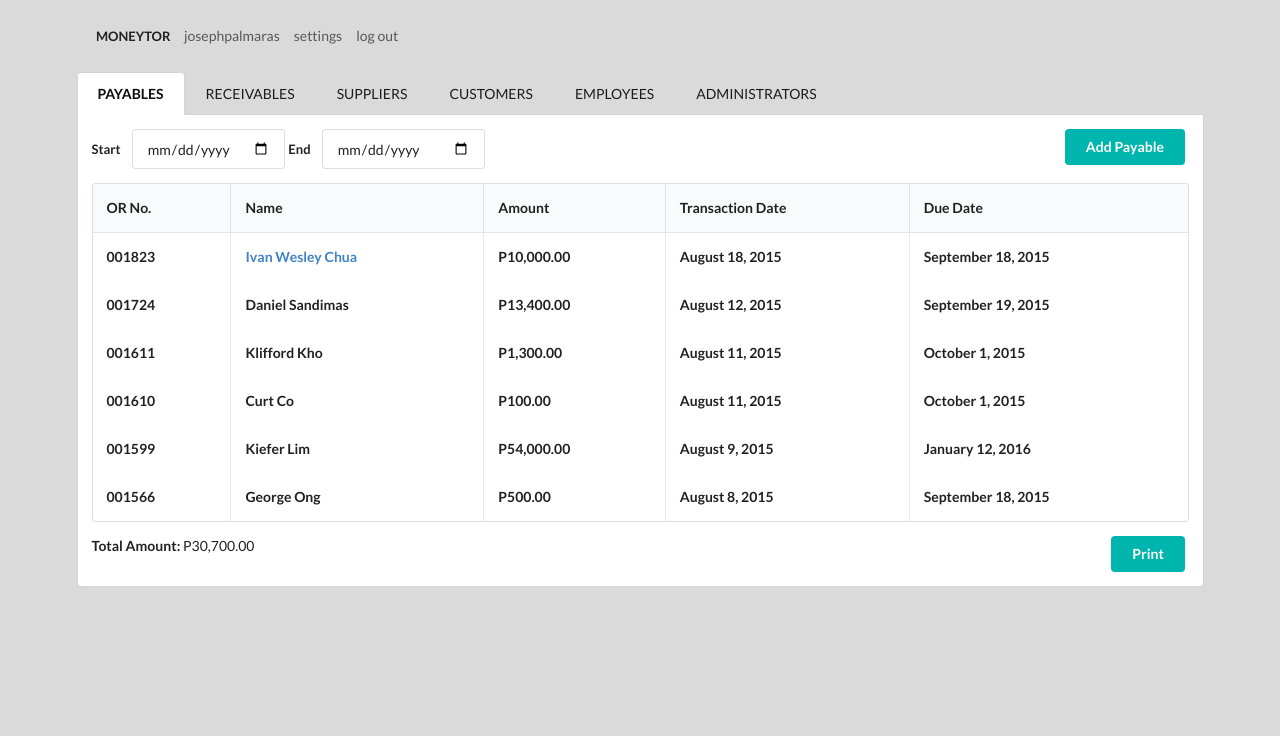
Repository: TV5/MoneyTor
Page: Workspace/MoneyTor/war/main.html
These files come from the project's save history. The page is drawn as it stood at one moment and after the next save; the edit follows.
The browser window is 1280 px wide. The pictures show the whole page.

Above is the page before, as saved 2015-08-18 15:57:23.

After the next save:
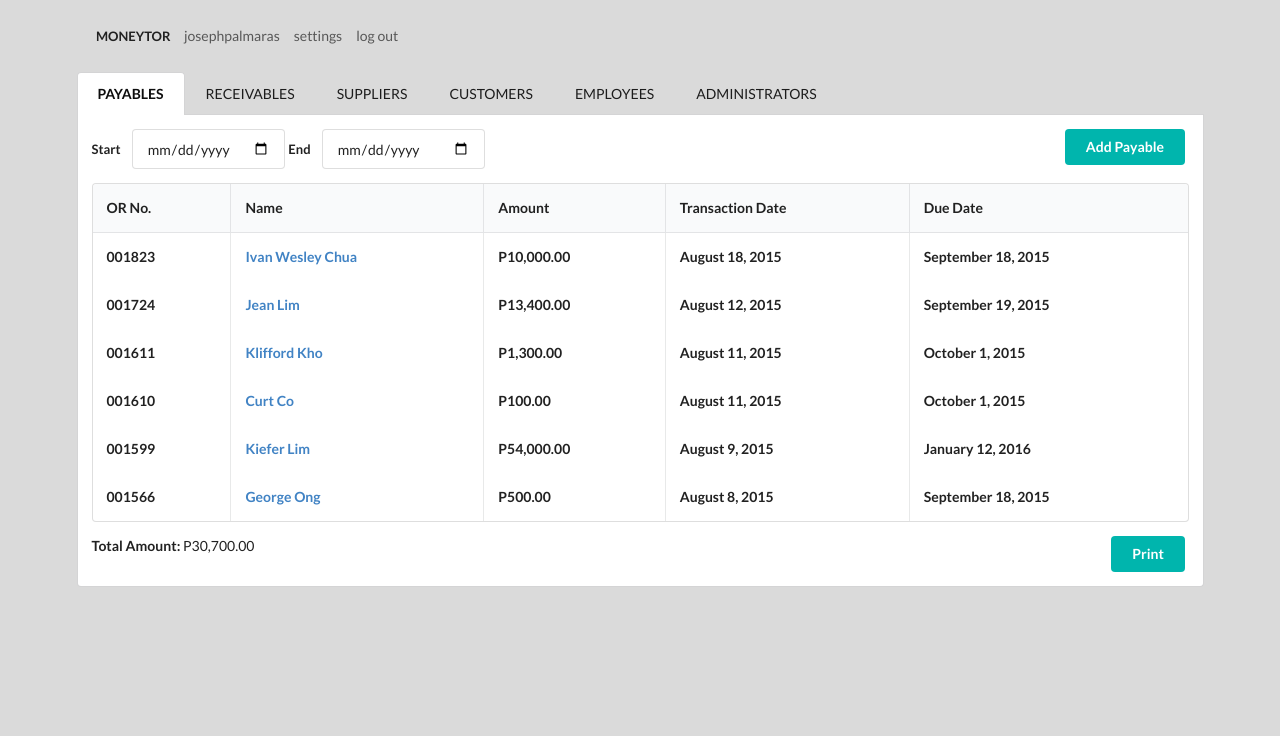
Saved 76 s later.
--- a/Workspace/MoneyTor/war/main.html
+++ b/Workspace/MoneyTor/war/main.html
@@ -131,35 +131,35 @@
 	  	</tr>
 	  	<tr>
 	    <th>001724</th>
-	    <th>Daniel Sandimas</th>
+	    <th><a href="#">Jean Lim</a></th>
 	    <th>P13,400.00</th>
 	    <th>August 12, 2015</th>
 	    <th>September 19, 2015</th>
 	  	</tr>
 	  	<tr>
 	    <th>001611</th>
-	    <th>Klifford Kho</th>
+	    <th><a href="#">Klifford Kho</a></th>
 	    <th>P1,300.00</th>
 	    <th>August 11, 2015</th>
 	    <th>October 1, 2015</th>
 	  	</tr>
 	  	<tr>
 	    <th>001610</th>
-	    <th>Curt Co</th>
+	    <th><a href="#">Curt Co</a></th>
 	    <th>P100.00</th>
 	    <th>August 11, 2015</th>
 	    <th>October 1, 2015</th>
 	  	</tr>
 	  	<tr>
 	    <th>001599</th>
-	    <th>Kiefer Lim</th>
+	    <th><a href="#">Kiefer Lim</a></th>
 	    <th>P54,000.00</th>
 	    <th>August 9, 2015</th>
 	    <th>January 12, 2016</th>
 	  	</tr>
 	  	<tr>
 	    <th>001566</th>
-	    <th>George Ong</th>
+	    <th><a href="#">George Ong</a></th>
 	    <th>P500.00</th>
 	    <th>August 8, 2015</th>
 	    <th>September 18, 2015</th>
